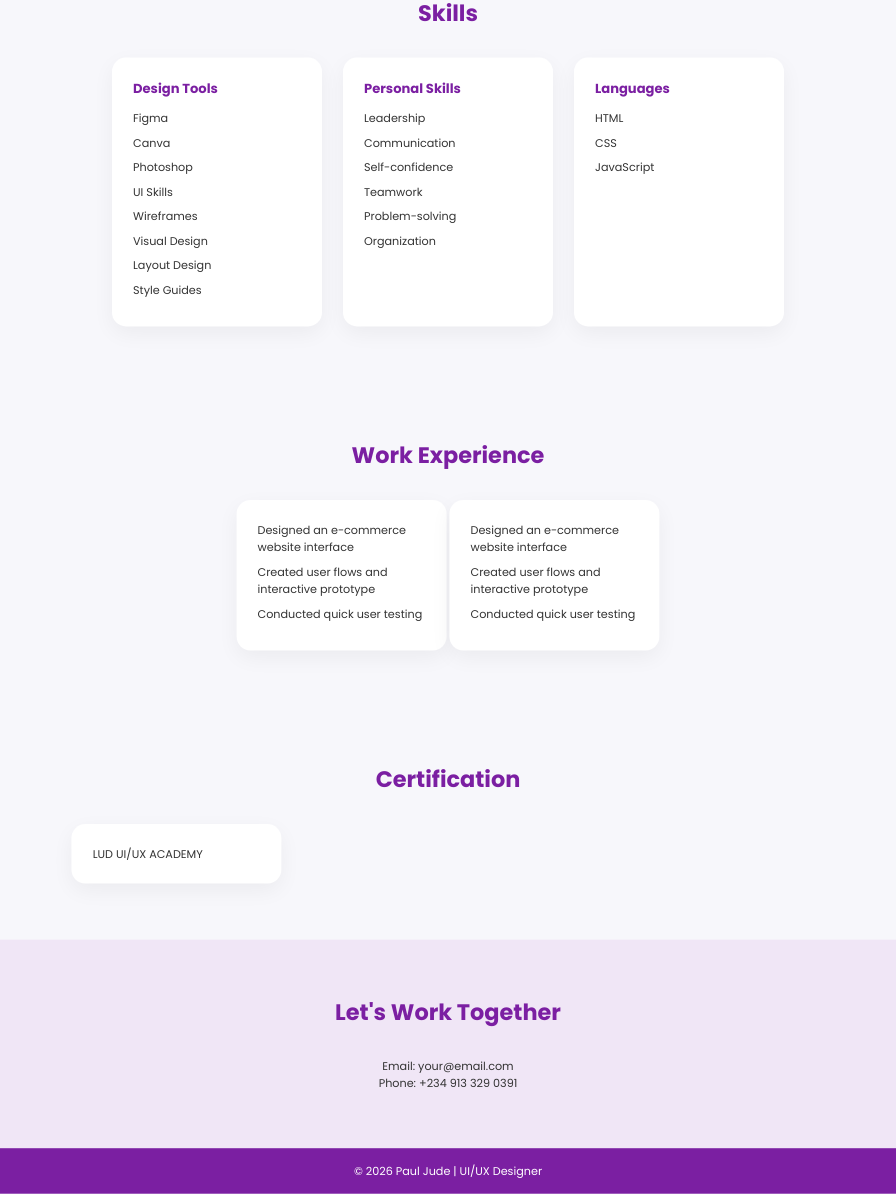
Repository: Paulo-930/UI-UX-Portfolio
Page: index.html
An editor plug-in stored every save of this project. The page is shown before and after the next save, followed by the edit.
The browser window is 1280 px wide. The pictures show the part of the page from y = 816 to 2736 px (the page is 2521 px tall before and 2736 px after), at 70% of full size.
A picture or video elsewhere on the page could not be fetched, so the positions and the page height are approximate.

Above is the page before, as saved 2026-02-23 11:04:07.

### index.html
<!DOCTYPE html>
<html lang="en">
<head>
  <meta charset="UTF-8" />
  <meta name="viewport" content="width=device-width, initial-scale=1.0" />
  <title>Paul Jude | UI/UX Designer</title>
  <link rel="stylesheet" href="style.css" />
  <link href="https://fonts.googleapis.com/css2?family=Poppins:wght@300;400;600;700&display=swap" rel="stylesheet">
</head>
<body>

  <!-- HEADER -->
  <header class="navbar">
    <h2 class="logo">Paul Jude</h2>
    <nav>
      <a href="#about">About</a>
      <a href="#skills">Skills</a>
      <a href="#experience">Experience</a>
      <a href="#certification">Certification</a>
      <a href="#contact">Contact</a>
    </nav>
  </header>

  <!-- HERO SECTION -->
  <section class="hero">
    <div class="hero-text">
      <h1>UI/UX Designer</h1>
      <p>I design user-centered digital experiences that are clean, modern and intuitive.</p>
      <a href="#contact" class="btn">Hire Me</a>
    </div>

    <div class="hero-image">
      <img src="profile.jpg" alt="Paul Jude">
    </div>
  </section>

  <!-- ABOUT -->
  <section id="about" class="section">
    <h2>About Me</h2>
    <p>
      I bring a strong understanding of user flows, wireframes, and responsive design,
      helping teams build digital products that solve real user problems.
    </p>
  </section>

  <!-- SKILLS -->
  <section id="skills" class="section">
    <h2>Skills</h2>

    <div class="skills-grid">
      <div class="card">
        <h3>Design Tools</h3>
        <ul>
          <li>Figma</li>
          <li>Canva</li>
          <li>Photoshop</li>
          <li>UI Skills</li>
          <li>Wireframes</li>
          <li>Visual Design</li>
          <li>Layout Design</li>
          <li>Style Guides</li>
        </ul>
      </div>

      <div class="card">
        <h3>Personal Skills</h3>
        <ul>
          <li>Leadership</li>
          <li>Communication</li>
          <li>Self-confidence</li>
          <li>Teamwork</li>
          <li>Problem-solving</li>
          <li>Organization</li>
        </ul>
      </div>

      <div class="card">
        <h3>Languages</h3>
        <ul>
          <li>HTML</li>
          <li>CSS</li>
          <li>JavaScript</li>
        </ul>
      </div>
    </div>
  </section>

  <!-- EXPERIENCE -->
  <section id="experience" class="section">
    <h2>Work Experience</h2>
    <div class="card">
      <ul>
        <li>Designed an e-commerce website interface</li>
        <li>Created user flows and interactive prototype</li>
        <li>Conducted quick user testing</li>
      </ul>
    </div>
    <div class="card">
      <ul>
        <li>Designed an e-commerce website interface</li>
        <li>Created user flows and interactive prototype</li>
        <li>Conducted quick user testing</li>
      </ul>
    </div>
  </section>

  <!-- CERTIFICATION -->
  <section id="certification" class="section">
    <h2>Certification</h2>
    <div class="card">
      <p>LUD UI/UX ACADEMY</p>
    </div>
  </section>

  <!-- CONTACT -->
  <section id="contact" class="section contact">
    <h2>Let's Work Together</h2>
    <p>Email: your@email.com</p>
    <p>Phone: +234 913 329 0391</p>
  </section>

  <footer>
    <p>© 2026 Paul Jude | UI/UX Designer</p>
  </footer>

</body>
</html>

### style.css
* {
  margin: 0;
  padding: 0;
  box-sizing: border-box;
  scroll-behavior: smooth;
}

body {
  font-family: 'Poppins', sans-serif;
  background: #f7f7fb;
  color: #333;
}

/* NAVBAR */
.navbar {
  display: flex;
  justify-content: space-between;
  align-items: center;
  padding: 20px 8%;
  background: #7b1fa2;
  color: white;
  position: sticky;
  top: 0;
}

.navbar nav a {
  color: white;
  text-decoration: none;
  margin-left: 20px;
  font-weight: 500;
}

.navbar nav a:hover {
  opacity: 0.7;
}

/* HERO */
.hero {
  display: flex;
  align-items: center;
  justify-content: space-between;
  padding: 80px 8%;
  background: linear-gradient(135deg, #7b1fa2, #9c27b0);
  color: white;
  flex-wrap: wrap;
}

.hero-text {
  max-width: 500px;
}

.hero h1 {
  font-size: 48px;
  margin-bottom: 20px;
}

.hero p {
  margin-bottom: 30px;
}

.btn {
  background: white;
  color: #7b1fa2;
  padding: 12px 24px;
  border-radius: 30px;
  text-decoration: none;
  font-weight: 600;
}

.hero-image img {
  width: 250px;
  border-radius: 20px;
  border: 4px solid white;
}

/* SECTIONS */
.section {
  padding: 80px 8%;
  text-align: center;
}

.section h2 {
  font-size: 32px;
  margin-bottom: 40px;
  color: #7b1fa2;
}

/* CARDS */
.skills-grid {
  display: flex;
  gap: 30px;
  flex-wrap: wrap;
  justify-content: center;
}

.card {
  background: white;
  padding: 30px;
  border-radius: 20px;
  box-shadow: 0 10px 30px rgba(0,0,0,0.05);
  max-width: 300px;
  width: 100%;
  text-align: left;
}

#experience > .card {
  display: inline-flex;
  flex-direction: column;
}

.card h3 {
  margin-bottom: 15px;
  color: #7b1fa2;
}

.card ul {
  list-style: none;
}

.card ul li {
  margin-bottom: 10px;
}

/* CONTACT */
.contact {
  background: #f0e6f6;
}

/* FOOTER */
footer {
  padding: 20px;
  text-align: center;
  background: #7b1fa2;
  color: white;
}

/* RESPONSIVE */
@media (max-width: 768px) {
  .hero {
    flex-direction: column;
    text-align: center;
  }

  .hero-image {
    margin-top: 30px;
  }

  .navbar nav {
    display: none;
  }
}

After the next save:
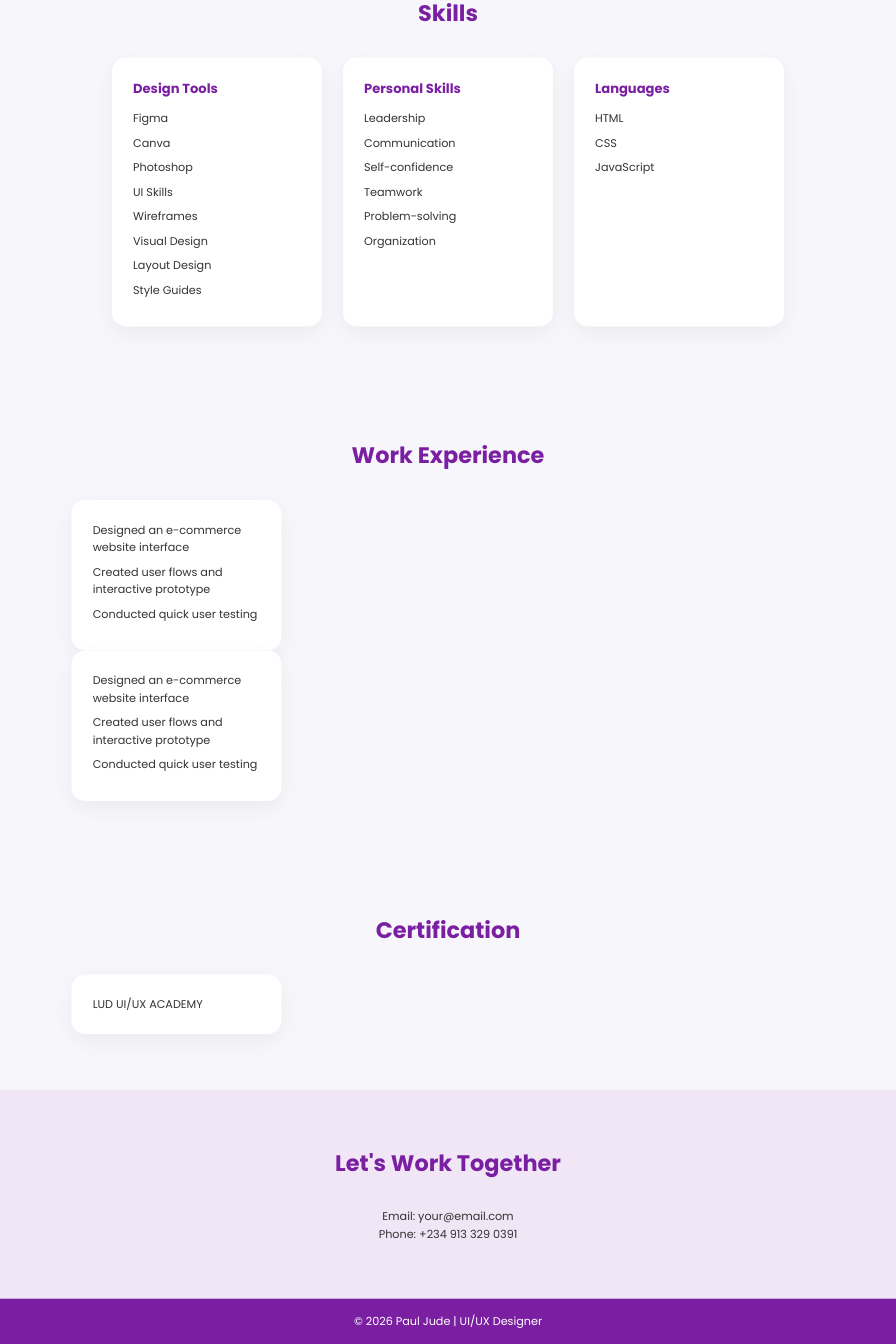
Saved 14 s later.
--- a/style.css
+++ b/style.css
@@ -104,7 +104,6 @@
 }
 
 #experience > .card {
-  display: inline-flex;
   flex-direction: column;
 }
 
